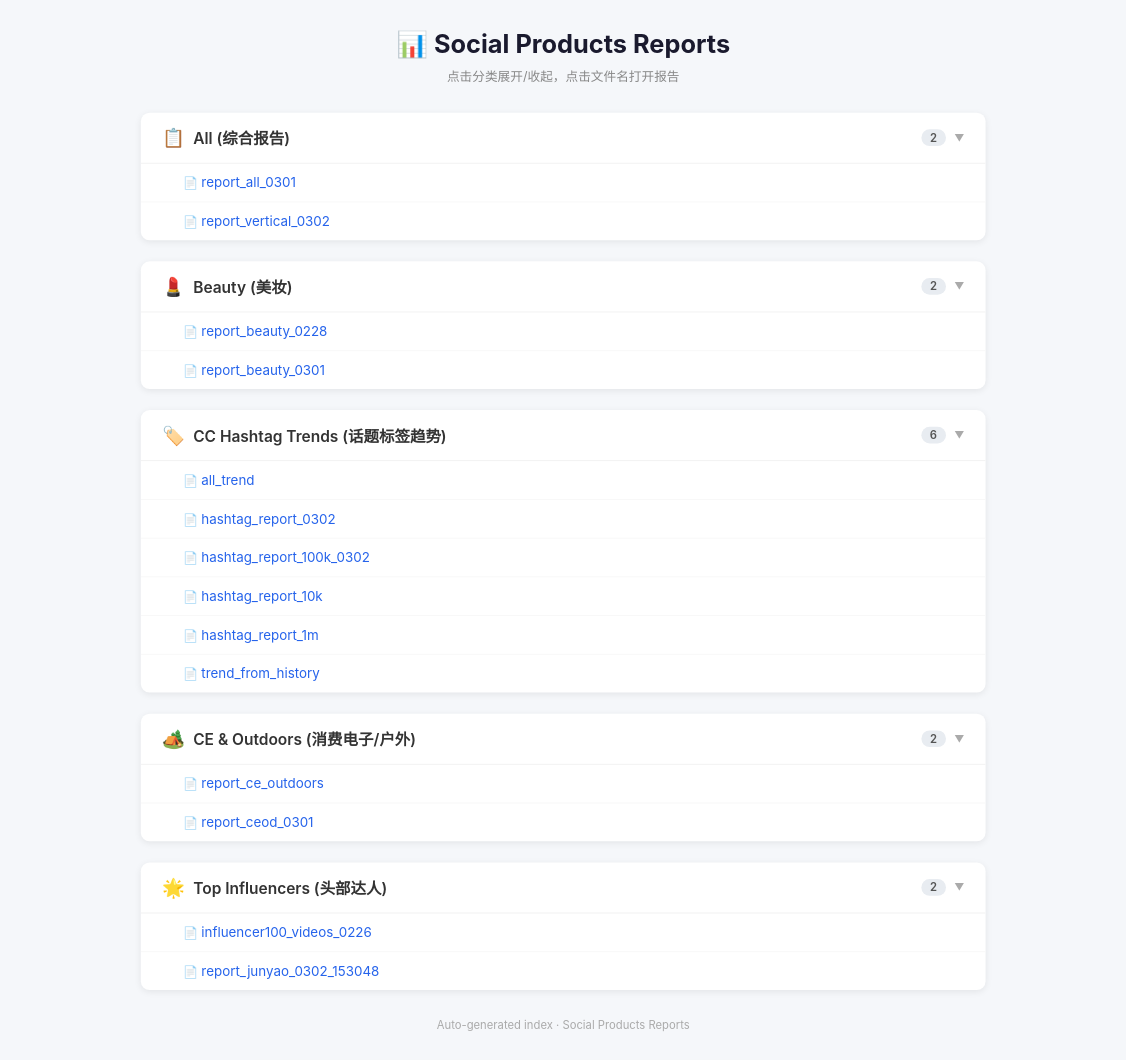
Repository: BaiBaiTao/social_products
Page: index.html
An editor plug-in stored every save of this project. The page is shown before and after the next save, followed by the edit.
The browser window is 1280 px wide. The pictures show the whole page, at 88% of full size.

Above is the page before, as saved 2026-03-03 16:20:20.

### index.html
<!DOCTYPE html>
<html lang="zh-CN">
<head>
    <meta charset="UTF-8">
    <meta name="viewport" content="width=device-width, initial-scale=1.0">
    <title>Social Products Reports</title>
    <style>
        * { margin: 0; padding: 0; box-sizing: border-box; }
        body {
            font-family: -apple-system, BlinkMacSystemFont, "Segoe UI", Roboto, "Helvetica Neue", Arial, sans-serif;
            background: #f5f7fa;
            color: #333;
            padding: 2rem;
        }
        h1 {
            text-align: center;
            margin-bottom: 0.5rem;
            font-size: 1.8rem;
            color: #1a1a2e;
        }
        .subtitle {
            text-align: center;
            color: #888;
            margin-bottom: 2rem;
            font-size: 0.9rem;
        }
        .container {
            max-width: 960px;
            margin: 0 auto;
        }
        .category {
            background: #fff;
            border-radius: 10px;
            box-shadow: 0 2px 8px rgba(0,0,0,0.08);
            margin-bottom: 1.5rem;
            overflow: hidden;
        }
        .category-header {
            padding: 1rem 1.5rem;
            font-size: 1.1rem;
            font-weight: 600;
            cursor: pointer;
            display: flex;
            align-items: center;
            gap: 0.6rem;
            user-select: none;
            transition: background 0.2s;
        }
        .category-header:hover { background: #f0f4ff; }
        .category-header .icon { font-size: 1.3rem; }
        .category-header .count {
            margin-left: auto;
            background: #e8ecf1;
            color: #555;
            font-size: 0.8rem;
            padding: 2px 10px;
            border-radius: 12px;
        }
        .category-header .arrow {
            transition: transform 0.3s;
            font-size: 0.7rem;
            color: #aaa;
        }
        .category.collapsed .arrow { transform: rotate(-90deg); }
        .category.collapsed .file-list { display: none; }
        .file-list {
            list-style: none;
            border-top: 1px solid #f0f0f0;
        }
        .file-list li {
            border-bottom: 1px solid #f7f7f7;
        }
        .file-list li:last-child { border-bottom: none; }
        .file-list a {
            display: block;
            padding: 0.75rem 1.5rem 0.75rem 3rem;
            text-decoration: none;
            color: #2563eb;
            transition: background 0.15s;
            font-size: 0.95rem;
        }
        .file-list a:hover {
            background: #f0f4ff;
            color: #1d4ed8;
        }
        .file-list a::before {
            content: "📄 ";
            font-size: 0.85rem;
        }
        footer {
            text-align: center;
            color: #aaa;
            font-size: 0.8rem;
            margin-top: 2rem;
        }
        @media (max-width: 600px) {
            body { padding: 1rem; }
            .file-list a { padding-left: 2rem; }
        }
    </style>
</head>
<body>
    <div class="container">
        <h1>📊 Social Products Reports</h1>
        <p class="subtitle">点击分类展开/收起，点击文件名打开报告</p>

        <div class="category" id="cat-all">
            <div class="category-header" onclick="toggle('cat-all')">
                <span class="icon">📋</span> All (综合报告)
                <span class="count">2</span>
                <span class="arrow">▼</span>
            </div>
            <ul class="file-list">
                <li><a href="all/report_all_0301.html">report_all_0301</a></li>
                <li><a href="all/report_vertical_0302.html">report_vertical_0302</a></li>
            </ul>
        </div>

        <div class="category" id="cat-beauty">
            <div class="category-header" onclick="toggle('cat-beauty')">
                <span class="icon">💄</span> Beauty (美妆)
                <span class="count">2</span>
                <span class="arrow">▼</span>
            </div>
            <ul class="file-list">
                <li><a href="beauty/report_beauty_0228.html">report_beauty_0228</a></li>
                <li><a href="beauty/report_beauty_0301.html">report_beauty_0301</a></li>
            </ul>
        </div>

        <div class="category" id="cat-hashtag">
            <div class="category-header" onclick="toggle('cat-hashtag')">
                <span class="icon">🏷️</span> CC Hashtag Trends (话题标签趋势)
                <span class="count">6</span>
                <span class="arrow">▼</span>
            </div>
            <ul class="file-list">
                <li><a href="cc_hashtag_trends/all_trend.html">all_trend</a></li>
                <li><a href="cc_hashtag_trends/hashtag_report_0302.html">hashtag_report_0302</a></li>
                <li><a href="cc_hashtag_trends/hashtag_report_100k_0302.html">hashtag_report_100k_0302</a></li>
                <li><a href="cc_hashtag_trends/hashtag_report_10k.html">hashtag_report_10k</a></li>
                <li><a href="cc_hashtag_trends/hashtag_report_1m.html">hashtag_report_1m</a></li>
                <li><a href="cc_hashtag_trends/trend_from_history.html">trend_from_history</a></li>
            </ul>
        </div>

        <div class="category" id="cat-ceod">
            <div class="category-header" onclick="toggle('cat-ceod')">
                <span class="icon">🏕️</span> CE & Outdoors (消费电子/户外)
                <span class="count">2</span>
                <span class="arrow">▼</span>
            </div>
            <ul class="file-list">
                <li><a href="ce_od/report_ce_outdoors.html">report_ce_outdoors</a></li>
                <li><a href="ce_od/report_ceod_0301.html">report_ceod_0301</a></li>
            </ul>
        </div>

        <div class="category" id="cat-influencers">
            <div class="category-header" onclick="toggle('cat-influencers')">
                <span class="icon">🌟</span> Top Influencers (头部达人)
                <span class="count">2</span>
                <span class="arrow">▼</span>
            </div>
            <ul class="file-list">
                <li><a href="top_influencers/influencer100_videos_0226.html">influencer100_videos_0226</a></li>
                <li><a href="top_influencers/report_junyao_0302_153048.html">report_junyao_0302_153048</a></li>
            </ul>
        </div>

        <footer>Auto-generated index · Social Products Reports</footer>
    </div>

    <script>
        function toggle(id) {
            document.getElementById(id).classList.toggle('collapsed');
        }
    </script>
</body>
</html>

After the next save:
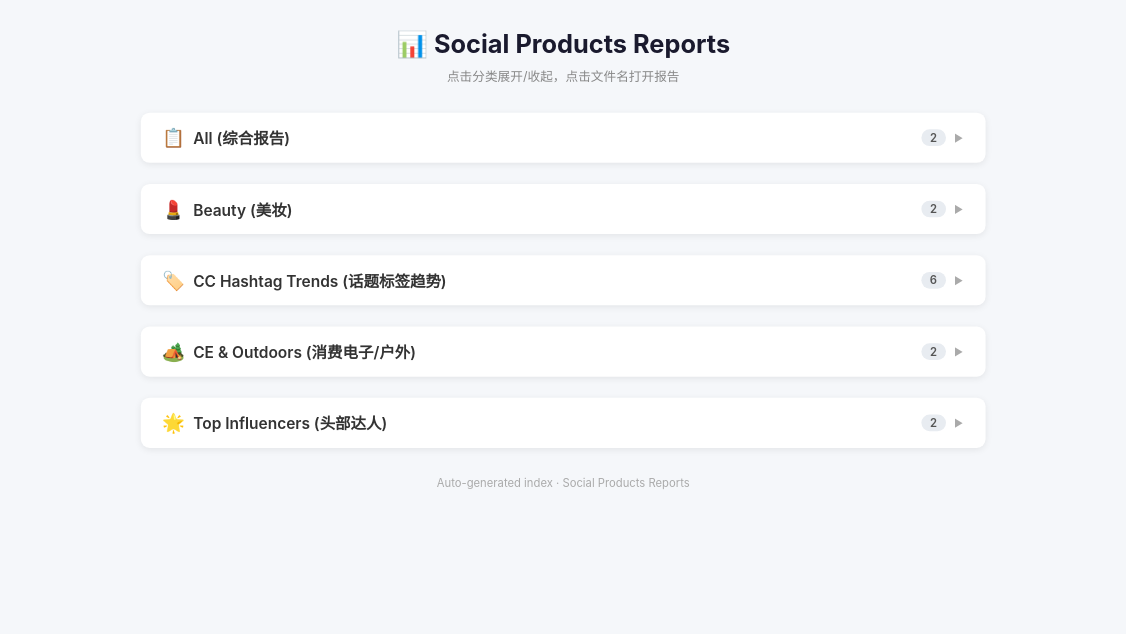
Saved 5 min 19 s later.
--- a/index.html
+++ b/index.html
@@ -104,7 +104,7 @@
         <h1>📊 Social Products Reports</h1>
         <p class="subtitle">点击分类展开/收起，点击文件名打开报告</p>
 
-        <div class="category" id="cat-all">
+        <div class="category collapsed" id="cat-all">
             <div class="category-header" onclick="toggle('cat-all')">
                 <span class="icon">📋</span> All (综合报告)
                 <span class="count">2</span>
@@ -116,7 +116,7 @@
             </ul>
         </div>
 
-        <div class="category" id="cat-beauty">
+        <div class="category collapsed" id="cat-beauty">
             <div class="category-header" onclick="toggle('cat-beauty')">
                 <span class="icon">💄</span> Beauty (美妆)
                 <span class="count">2</span>
@@ -128,7 +128,7 @@
             </ul>
         </div>
 
-        <div class="category" id="cat-hashtag">
+        <div class="category collapsed" id="cat-hashtag">
             <div class="category-header" onclick="toggle('cat-hashtag')">
                 <span class="icon">🏷️</span> CC Hashtag Trends (话题标签趋势)
                 <span class="count">6</span>
@@ -144,7 +144,7 @@
             </ul>
         </div>
 
-        <div class="category" id="cat-ceod">
+        <div class="category collapsed" id="cat-ceod">
             <div class="category-header" onclick="toggle('cat-ceod')">
                 <span class="icon">🏕️</span> CE & Outdoors (消费电子/户外)
                 <span class="count">2</span>
@@ -156,7 +156,7 @@
             </ul>
         </div>
 
-        <div class="category" id="cat-influencers">
+        <div class="category collapsed" id="cat-influencers">
             <div class="category-header" onclick="toggle('cat-influencers')">
                 <span class="icon">🌟</span> Top Influencers (头部达人)
                 <span class="count">2</span>
